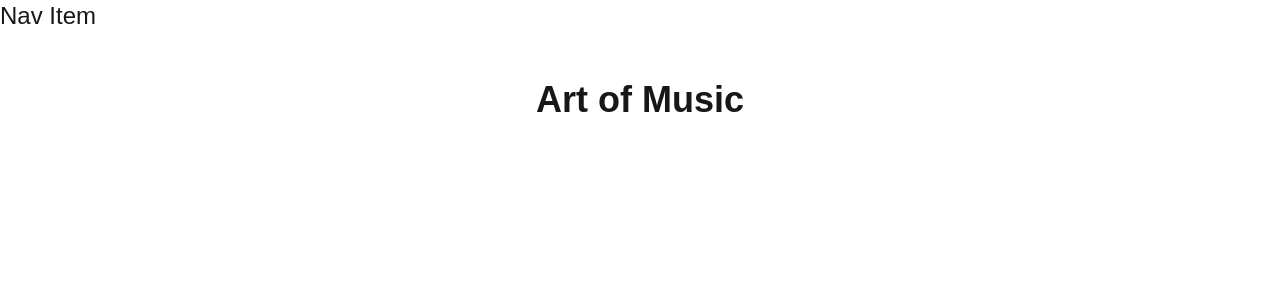
Repository: Strong02coder/Art_of_Music-Next.Js-
Page: /
These files come from the project's save history. The page is drawn as it stood at one moment and after the next save; the edit follows.
The browser window is 1280 px wide. The pictures show the whole page.
The project was rebuilt for these pictures with package versions that can differ from the ones it lists, and the page was loaded fresh each time. The framework's server and built-in components were replaced by stand-ins that run in the browser. Also part of the build but not shown: next.config.ts.

Above is the page before, as saved 2025-01-28 19:28:02.

After the next save:
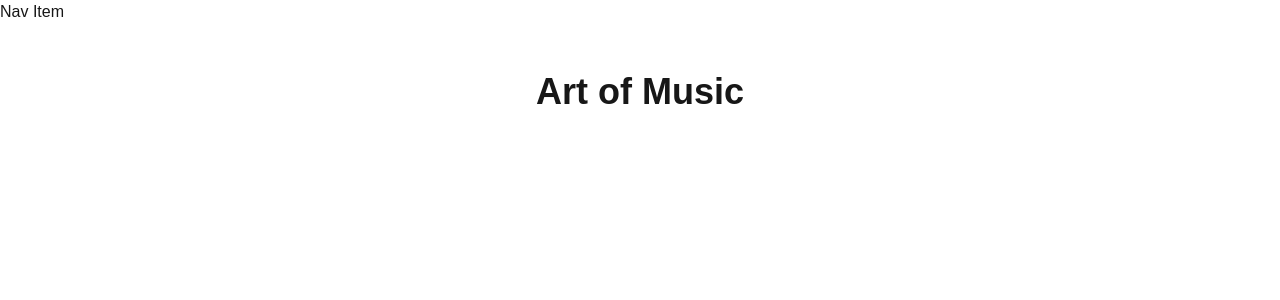
Saved 6 min 57 s later.
--- a/src/app/layout.tsx
+++ b/src/app/layout.tsx
@@ -25,7 +25,7 @@
   return (
     <html lang="en">
       <body className={`${geistSans.variable} ${geistMono.variable} antialiased`}>
-				<h1 className="text-2xl">Nav Item</h1>
+				<h1 className="text-1.4xl">Nav Item</h1>
         {children}
       </body>
     </html>
